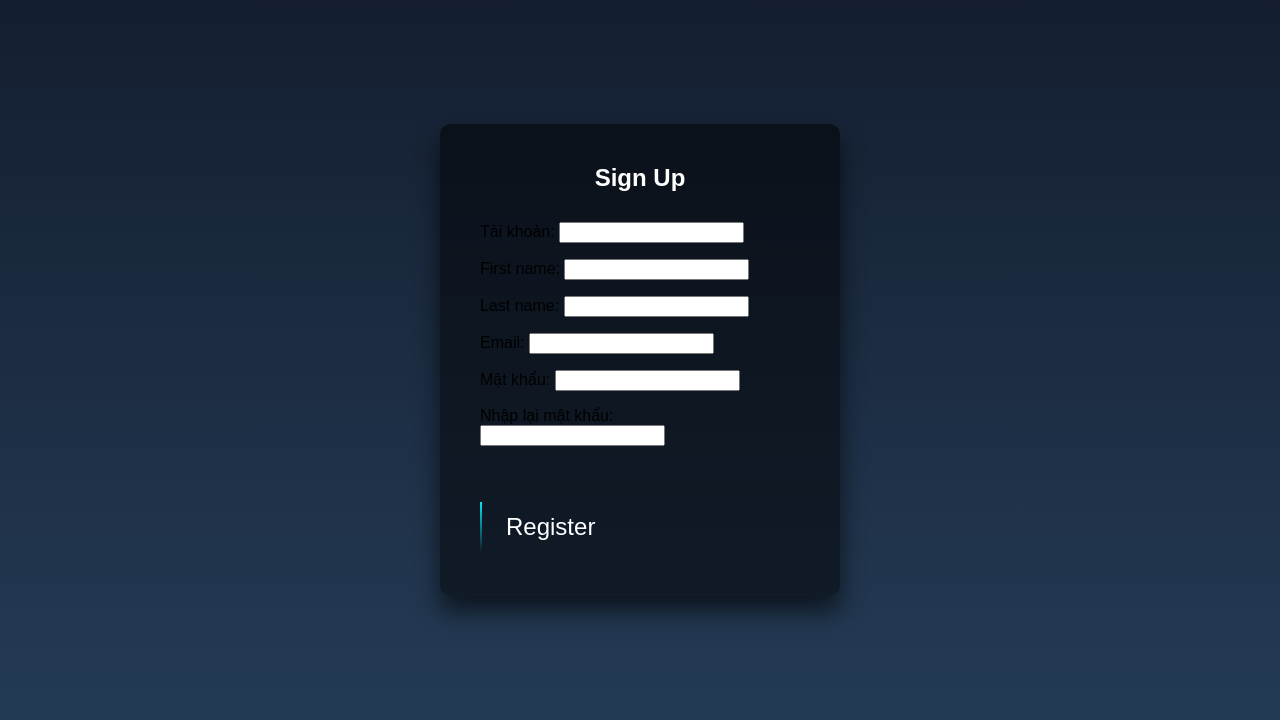
Repository: vanmai1912/CouresePJ
Page: http://localhost/register/
An editor plug-in stored every save of this project. The page is shown before and after the next save, followed by the edit.
The browser window is 1280 px wide. The pictures show the whole page.
The page is served by the project's application, run on Django 4.2 (manage.py). Other server files are loaded and not shown.

Above is the page before, as saved 2023-03-21 16:23:25.

### Courses/templates/polls/register.html
<!doctype html>
<html lang="en">
<head>
    <meta charset="UTF-8">
    {% load static %}
    <meta name="viewport"
          content="width=device-width, user-scalable=no, initial-scale=1.0, maximum-scale=1.0, minimum-scale=1.0">
    <meta http-equiv="X-UA-Compatible" content="ie=edge">
    <link rel="stylesheet" href="{% static 'css/login.css' %}">
    <title>Document</title>
</head>
<body>
    <div class="login-box">
        <h2 >Sign Up</h2>
    <form action="." method="POST">

        {% csrf_token %}

             {{form.as_p}}


        <a href="#">
            <span></span>
            <span></span>
            <span></span>
            <span></span>
            <input type="submit" value="Register">
          </a>

    </form>
</div>
</body>
</html>

### Courses/form.py
from django import forms
from django.contrib.auth.models import User
from django.core.exceptions import ObjectDoesNotExist
import re


class RegistraionForm(forms.Form):
    username = forms.CharField(label='Tài khoản', max_length=30)
    first_name = forms.CharField(label='First name', max_length=30)
    last_name = forms.CharField(label='Last name', max_length=50)
    email = forms.EmailField(label='Email')
    password1 = forms.CharField(label='Mật khẩu', widget=forms.PasswordInput())
    password2 = forms.CharField(label='Nhập lại mật khẩu', widget=forms.PasswordInput())

    def clean_password2(self):
        if 'password1' in self.cleaned_data:
            password1 = self.cleaned_data['password1']
            password2 = self.cleaned_data['password2']
            if password1 == password2 and password1:
                return password2
        raise forms.ValidationError("Mật khẩu không hợp lệ")

    def clean_username(self):
        username = self.cleaned_data['username']
        if not re.search(r'^\w+$', username):
            raise forms.ValidationError("Tên tài khoản không hợp lệ")
        try:
            User.objects.get(username=username)
        except ObjectDoesNotExist:
            return username
        raise forms.ValidationError("Tài khoản đã tồn tại")

    def save(self):
        User.objects.create_user(username=self.cleaned_data['username'],
                                 email=self.cleaned_data['email'],
                                 password=self.cleaned_data['password1'],
                                 first_name=self.cleaned_data['first_name'],
                                 last_name=self.cleaned_data['last_name'])



class Login_Form(forms.Form):
    def get_login(self):
        username = self.cleaned_data['password1']
        password = self.cleaned_data['password2']

### Courses/views.py
from django.contrib.auth import authenticate
from django.shortcuts import render, redirect
# from paypal.pro.forms import PaymentForm
# from paypalrestsdk import Payment

from .static import *
from .form import RegistraionForm

from django.shortcuts import render

from django.http import HttpResponse, HttpResponseRedirect
from rest_framework import viewsets, generics, permissions
from .models import Course, Teacher, Category, Payment as PaymentModel
from .serializers import CourseSerializer,  TeacherSerializer, CategorySerializer


def login(request):
    return render(request, '.polls/layout/login.html')

# def logout(request):
#     logout(request)
#     return redirect('login')
def classes(request):
    queryset = queryset = Course.objects.all()
    return render(request, 'polls/classes.html', {'queryset': queryset})


def register(request):
    form = RegistraionForm()
    if request.method == 'POST':
        form = RegistraionForm(request.POST)
        if form.is_valid():
            form.save()
            return HttpResponseRedirect('/')
    return render(request, 'polls/register.html', {'form': form})





def index(request):

    return render(request, 'polls/index.html')




# def payment(request):
#     if request.method == 'POST':
#         payment_id = request.POST.get('payment_id')
#         payment = Payment.find(payment_id)
#         if payment.state == 'approved':
#             if payment.payer.payer_info.email.endswith('sb-ofp47n25314048@personal.example.com'):
#                 payment_info = payment.to_dict()
#                 payment_model = PaymentModel(
#                     payment_id=payment_info['id'],
#                     payer_id=payment_info['payer']['payer_info']['payer_id'],
#                     payment_amount=payment_info['transactions'][0]['amount']['total']
#                 )
#                 payment_model.save()
#                 return HttpResponse('Thanh toán thành công')
#             else:
#                 error_message = 'Thanh toán không thành công'
#         else:
#             error_message = 'Thanh toán không thành công'
#     else:
#         form = PaymentForm()
#         error_message = None
#     return render(request, 'Classes.html', {'form': form, 'error_message': error_message})




# class CourseViewSet(viewsets.ModelViewSet):
#     queryset = Course.objects.all()
#     serializer_class = CourseSerializer
#     #permission_classes = [permissions.IsAuthenticated]
#
#
# class UserViewSet(viewsets.ViewSet, generics.CreateAPIView, generics.ListAPIView,
#                   generics.RetrieveAPIView
#                   ):
#     queryset = User.objects.filter(is_active=True)
#     serializer_class = UserSerializer
#     permission_classes = [permissions.IsAuthenticated]
#
#
#
# class TeacherViewSet(viewsets.ModelViewSet):
#     queryset = Teacher.objects.all()
#     serializer_class = TeacherSerializer
#     permission_classes = [permissions.IsAuthenticated]
#
#
# class CategoryViewSet(viewsets.ModelViewSet):
#     queryset = Category.objects.all()
#     serializer_class = CategorySerializer
#
#
#
# class registerViewSet(viewsets.ModelViewSet):
#     queryset = register.objects.all()
#     serializer_class = registerSerializer









# Create your views here.

# Create your views here.

### Courses/urls.py
from django.contrib import admin
from django.contrib.auth.views import LoginView
from django.urls import path, include
from . import views
from rest_framework.routers import DefaultRouter
from django.contrib.auth import views as auth_views

# router = DefaultRouter()
# router.register("categories", views.CategoryViewSet)
# router.register("courses", views.CourseViewSet)
# router.register("users", views.UserViewSet)
# router.register("teachers", views.TeacherViewSet)
# router.register("register", views.registerViewSet)


urlpatterns = [
    path('', views.index, name=''),
    path('login/', LoginView.as_view(), name='login'),
    path('classes/', views.classes, name="classes"),
    path('logout/', auth_views.LogoutView.as_view(next_page='/'), name='logout'),
    path('register/', views.register, name='register'),
    path('admin/', admin.site.urls, name='admin'),
   # path('payment/',views.payment,name='payment')

]

### Courses/static/css/login.css
html {
    height: 100%;
  }
  body {
    margin:0;
    padding:0;
    font-family: sans-serif;
    background: linear-gradient(#141e30, #243b55);
  }

  .login-box {
    position: absolute;
    top: 50%;
    left: 50%;
    width: 400px;
    padding: 40px;
    transform: translate(-50%, -50%);
    background: rgba(0,0,0,.5);
    box-sizing: border-box;
    box-shadow: 0 15px 25px rgba(0,0,0,.6);
    border-radius: 10px;
  }

  .login-box h2 {
    margin: 0 0 30px;
    padding: 0;
    color: #fff;
    text-align: center;
  }

  .login-box .user-box {
    position: relative;
  }

  .login-box .user-box input {
    width: 100%;
    padding: 10px 0;
    font-size: 16px;
    color: #fff;
    margin-bottom: 30px;
    border: none;
    border-bottom: 1px solid #fff;
    outline: none;
    background: transparent;
  }
  .login-box .user-box label {
    position: absolute;
    top:0;
    left: 0;
    padding: 10px 0;
    font-size: 16px;
    color: #fff;
    pointer-events: none;
    transition: .5s;
  }

  .login-box .user-box input:focus ~ label,
  .login-box .user-box input:valid ~ label {
    top: -20px;
    left: 0;
    color: #03e9f4;
    font-size: 12px;
  }

  .login-box form a {
    position: relative;
    display: inline-block;
    padding: 10px 20px;
    color: #03e9f4;
    font-size: 16px;
    text-decoration: none;
    text-transform: uppercase;
    overflow: hidden;
    transition: .5s;
    margin-top: 40px;
    letter-spacing: 4px
  }

  .login-box a:hover {
    background: #03e9f4;
    color: #fff;
    border-radius: 5px;
    box-shadow: 0 0 5px #03e9f4,
                0 0 25px #03e9f4,
                0 0 50px #03e9f4,
                0 0 100px #03e9f4;
  }

  .login-box a span {
    position: absolute;
    display: block;
  }

  .login-box a span:nth-child(1) {
    top: 0;
    left: -100%;
    width: 100%;
    height: 2px;
    background: linear-gradient(90deg, transparent, #03e9f4);
    animation: btn-anim1 1s linear infinite;
  }

  @keyframes btn-anim1 {
    0% {
      left: -100%;
    }
    50%,100% {
      left: 100%;
    }
  }

  .login-box a span:nth-child(2) {
    top: -100%;
    right: 0;
    width: 2px;
    height: 100%;
    background: linear-gradient(180deg, transparent, #03e9f4);
    animation: btn-anim2 1s linear infinite;
    animation-delay: .25s
  }

  @keyframes btn-anim2 {
    0% {
      top: -100%;
    }
    50%,100% {
      top: 100%;
    }
  }

  .login-box a span:nth-child(3) {
    bottom: 0;
    right: -100%;
    width: 100%;
    height: 2px;
    background: linear-gradient(270deg, transparent, #03e9f4);
    animation: btn-anim3 1s linear infinite;
    animation-delay: .5s
  }

  @keyframes btn-anim3 {
    0% {
      right: -100%;
    }
    50%,100% {
      right: 100%;
    }
  }

  .login-box a span:nth-child(4) {
    bottom: -100%;
    left: 0;
    width: 2px;
    height: 100%;
    background: linear-gradient(360deg, transparent, #03e9f4);
    animation: btn-anim4 1s linear infinite;
    animation-delay: .75s
  }

  @keyframes btn-anim4 {
    0% {
      bottom: -100%;
    }
    50%,100% {
      bottom: 100%;
    }
  }
  input[type='submit']{
    background-color: transparent;
    color: #fff;
    border: none;
    font-size: 24px;
    font-weight: 500;
  }

After the next save:
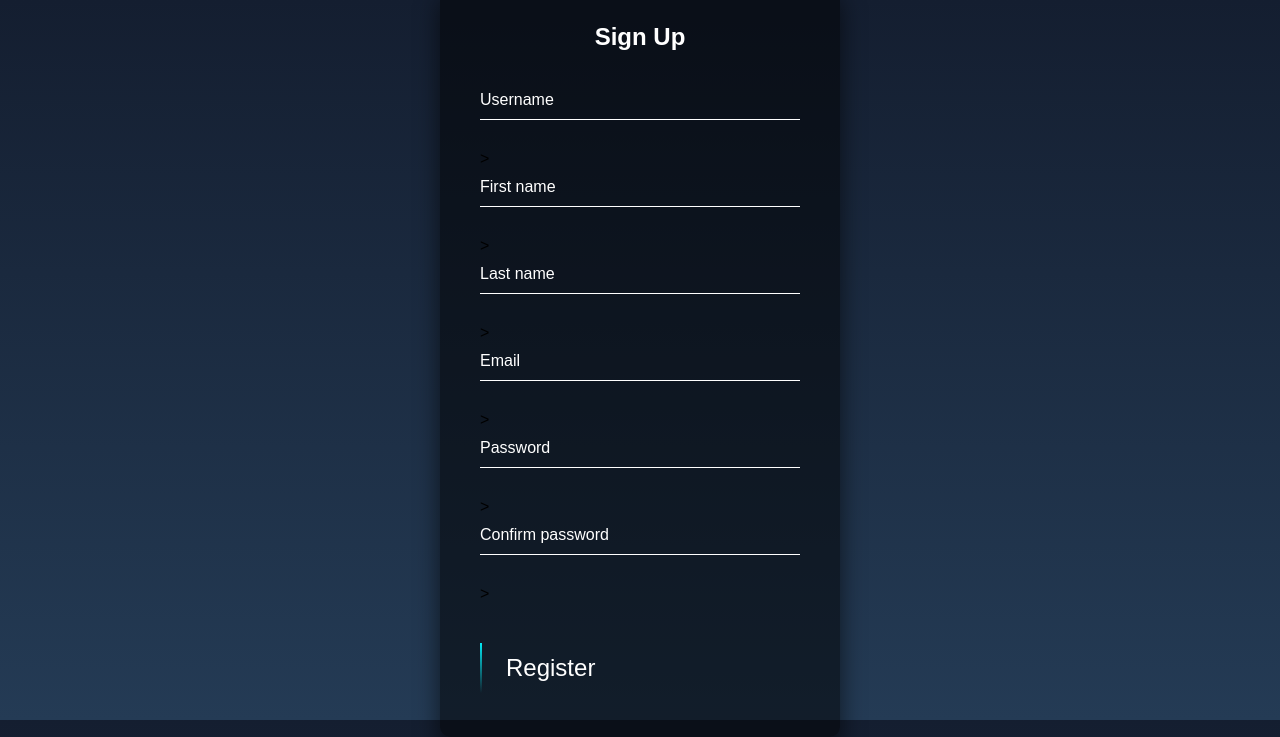
Saved 5 min 48 s later.
--- a/Courses/templates/polls/register.html
+++ b/Courses/templates/polls/register.html
@@ -15,8 +15,31 @@
     <form action="." method="POST">
 
         {% csrf_token %}
+        <div class="user-box">
+            <input type="text" {{form.username}} >
+            <label>Username</label>
+        </div>
+        <div class="user-box">
+            <input type="text" {{form.first_name}} >
+            <label>First name</label>
+        </div>
+        <div class="user-box">
+            <input type="text" {{form.email}} >
+            <label>Last name</label>
+        </div>
+        <div class="user-box">
+            <input type="text" {{form.last_name}} >
+            <label>Email</label>
+        </div>
+        <div class="user-box">
+            <input type="password"  {{form.password1}}>
+            <label>Password</label>
+        </div>
+        <div class="user-box">
+            <input type="password"  {{form.password2}}>
+            <label>Confirm password</label>
+        </div>
 
-             {{form.as_p}}
 
 
         <a href="#">
